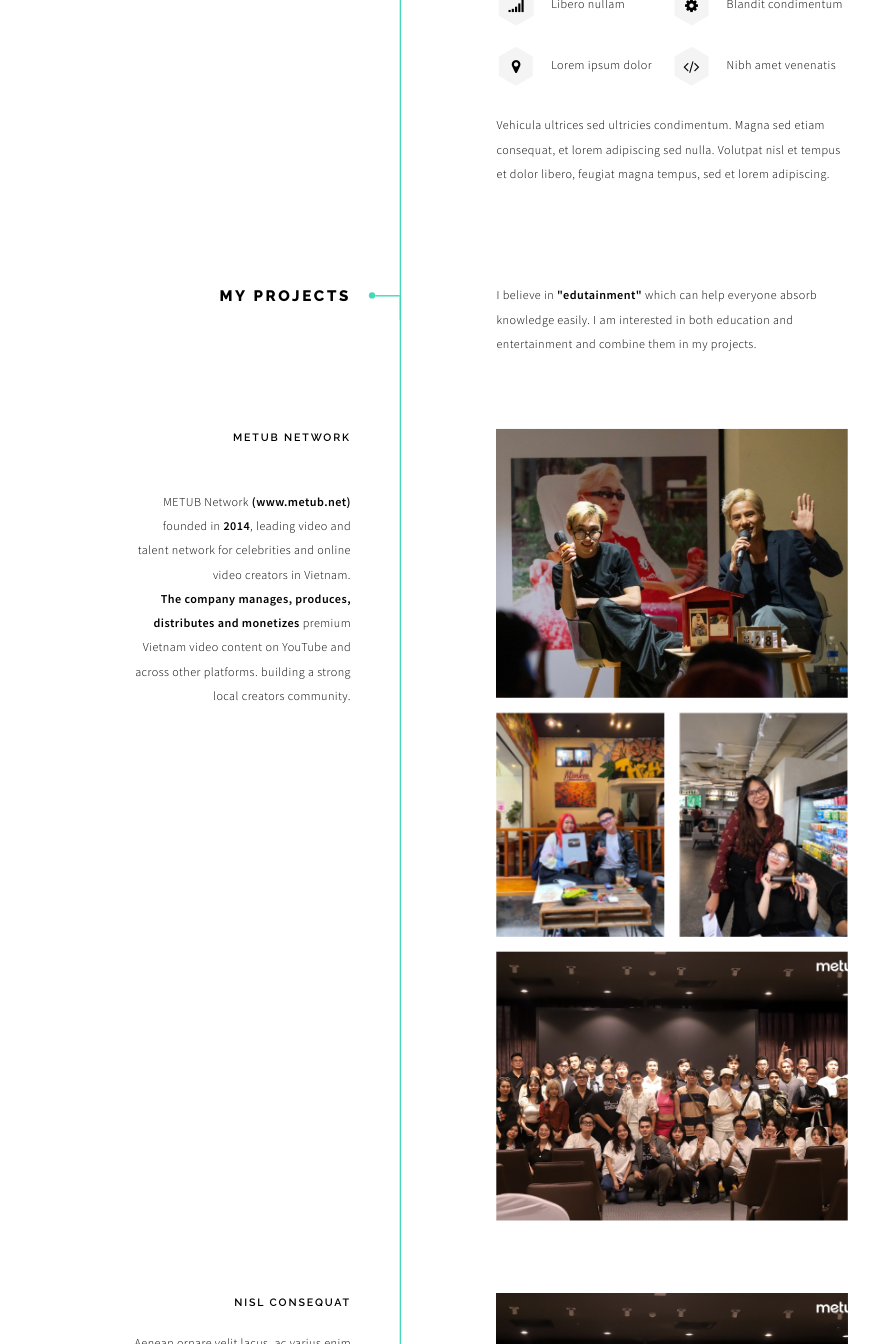
Repository: leonardin999/linh-porfolios
Page: index.html
These files come from the project's save history. The page is drawn as it stood at one moment and after the next save; the edit follows.
The browser window is 1280 px wide. The pictures show the part of the page from y = 3131 to 5051 px (the page is 7878 px tall), at 70% of full size.

Above is the page before, as saved 2023-01-24 20:48:54.

### index.html
<!DOCTYPE html>
<!--
	Paradigm Shift by HTML5 UP
	html5up.net | @ajlkn
	Free for personal and commercial use under the CCA 3.0 license (html5up.net/license)
-->
<html>
  <head>
    <title>Linh's Porfolio</title>
    <meta charset="utf-8" />
    <meta
      name="viewport"
      content="width=device-width, initial-scale=1, user-scalable=no"
    />
    <meta name="description" content="" />
    <meta name="keywords" content="" />
    <link rel="stylesheet" href="assets/css/main.css" />
  </head>
  <body class="is-preload">
    <!-- Wrapper -->
    <div id="wrapper">
      <!-- Intro -->
      <section class="intro">
        <header>
          <h1>PARTNERSHIP MARKETING EXECUTIVE</h1>
          <p>
            I'm interested in marketing. What I'm attempting to do is increase my abilities, contribute to business development, and satisfy client demand.
          </p>
          <ul class="actions">
            <li>
              <a href="#first" class="arrow scrolly"
                ><span class="label">Next</span></a
              >
            </li>
          </ul>
        </header>
        <div class="content">
          <span class="image fill" data-position="center"
            ><img src="images/pic01.jpg" alt=""
          /></span>
        </div>
      </section>

      <!-- Section -->
      <section id="first">
        <header>
          <h2>Experiences</h2>
        </header>
        <div class="content">
            <strong>METUB NETWORK | May, 2021 - Present</strong>
            <br><strong>Partnership Marketing Executive</strong></br>
            <ul class="">
              <li class="">Create awareness of marketing campaigns to train and educate YouTube creators to grow their channels</li>
              <li class="">Write copy for diverse marketing distributions (posters, Facebook posts for events, newsletters)</li>
              <li class="">Work closely with in-house Creative team to design marketing materials such as brochures, deck templates, newsletters, event posters</li>
              <li class="">Support in producing Monthly Newsletters to creators and YouTube partners, highlighting trending content and YouTube platform updates</li>
              <li class="">Support in partner- related projects and workshops as assigned by direct manager</li>
              <li class="">Support in organizing workshops in terms of marketing materials (banners, social posts, email invites), and logistics (gifting, venue sourcing, events planning) and induction content.</li>
              <li class="">Coordinate in Brand barter deals with Accounts team and Partner Management team</li>
            </ul>

            <strong>TEDxĐaKao | Nov, 2018 - Present</strong>
            <br><strong>Assistant to Organizer</strong></br>
            <ul class="">
              <li class="">Conduct overall marketing and growth plans in conjunction with the team; Mainly about building, branding and promoting information of TEDxĐaKao Speakers/ Ideas worth spreading.</li>
              <li class="">Scan the market for leads, ensure rigorous follow-ups and meetings</li>
              <li class="">Work closely with in-house Creative team to design marketing materials such as brochures, deck templates, newsletters, event posters</li>
              <li class="">Monitor industry activity and market trends relevant to the sponsorship of TEDxĐaKao</li>
              <li class="">Identify and execute pre-event, during events, and post-event stories, potential workshops/campaign and build growth campaign for TEDxĐaKao speakers + community - leading enriching community campaigns</li>
              <li class="">Support in organizing workshops in terms of marketing materials (banners, social posts, email invites), and logistics (gifting, venue sourcing, events planning) and induction content.</li>
              <li class="">A critical part of the role is client servicing – to be able to deliver on pre-agreed deliverables from both parties</li>
            </ul>


            <strong>Self Project | Oct, 2019 - Present</strong>
            <br><strong>Content Creator</strong></br>
            <div>
              <span>IG @foxdaholic | Oct, 2019 to Dec, 2022</span>
              <span><br>IG @vuumylinh  | Nov, 2022 to Present</br></span>
            </div>
            <ul class="">
              <li class="">Collaborate in Brand barter deals with F&B brand ands agencies.</li>
              <li class="">Take architectural photographs of restaurants and photographs of food and drinks.</li>
              <li class="">Share my own opinion about restaurants and their products in verbal.</li>
              <li class="">Do research into trending food and daily writing in an engaging way to attract readers.</li>
            </ul>
          </p>
        </div>
      </section>

      <!-- Section -->
      <section>
        <header>
          <h2>Feugiat consequat tempus ultrices</h2>
        </header>
        <div class="content">
          <p>
            <strong>Etiam tristique libero</strong> eu nibh porttitor amet
            fermentum. Nullam venenatis erat id vehicula ultrices sed ultricies
            condimentum.
          </p>
          <ul class="feature-icons">
            <li class="icon fa-laptop">Consequat tempus</li>
            <li class="icon fa-bolt">Etiam adipiscing</li>
            <li class="icon fa-signal">Libero nullam</li>
            <li class="icon fa-gear">Blandit condimentum</li>
            <li class="icon fa-map-marker">Lorem ipsum dolor</li>
            <li class="icon fa-code">Nibh amet venenatis</li>
          </ul>
          <p>
            Vehicula ultrices sed ultricies condimentum. Magna sed etiam
            consequat, et lorem adipiscing sed nulla. Volutpat nisl et tempus et
            dolor libero, feugiat magna tempus, sed et lorem adipiscing.
          </p>
        </div>
      </section>

      <!-- Section -->
      <section>
        <header>
          <h2>My Projects</h2>
        </header>
        <div class="content">
          <p>
            I believe in <strong>"edutainment"</strong> which can help everyone absorb knowledge easily.
            I am interested in both education and entertainment and combine them in my projects.
          </p>

          <!-- Section -->
          <section>
            <header>
              <h3>metub  network</h3>
              <p>
                <br>METUB Network <strong>(www.metub.net)</strong> founded in <strong>2014</strong>, leading video and talent network for celebrities and online video creators in Vietnam.
                <br><strong>The company manages, produces, distributes and monetizes</strong> premium Vietnam video content on YouTube and across other platforms. building a strong local creators community.</p>
            </header>
            <div class="content">
              <div class="gallery">
                <a href="images/gallery/fulls/01.jpg" class="landscape"
                  ><img src="images/gallery/thumbs/01.jpg" alt=""
                /></a>
                <a href="images/gallery/fulls/02.jpg"
                  ><img src="images/gallery/thumbs/02.jpg" alt=""
                /></a>
                <a href="images/gallery/fulls/03.jpg"
                  ><img src="images/gallery/thumbs/03.jpg" alt=""
                /></a>
                <a href="images/gallery/fulls/04.jpg" class="landscape"
                  ><img src="images/gallery/thumbs/04.jpg" alt=""
                /></a>
              </div>
            </div>
          </section>

          <!-- Section -->
          <section>
            <header>
              <h3>Nisl consequat</h3>
              <p>
                Aenean ornare velit lacus, ac varius enim ullamcorper eu. Proin
                aliquam sed facilisis ante interdum congue. Integer mollis, nisl
                amet convallis, porttitor magna ullamcorper, amet mauris. Ut
                magna finibus nisi nec lacinia ipsum maximus.
              </p>
            </header>
            <div class="content">
              <div class="gallery">
                <a href="images/gallery/fulls/05.jpg" class="landscape"
                  ><img src="images/gallery/thumbs/05.jpg" alt=""
                /></a>
                <a href="images/gallery/fulls/06.jpg"
                  ><img src="images/gallery/thumbs/06.jpg" alt=""
                /></a>
                <a href="images/gallery/fulls/07.jpg"
                  ><img src="images/gallery/thumbs/07.jpg" alt=""
                /></a>
              </div>
            </div>
          </section>

          <!-- Section -->
          <section>
            <header>
              <h3>Lorem gravida</h3>
              <p>
                Proin aliquam facilisis ante interdum. Sed nulla amet lorem
                feugiat tempus aenean ornare velit lacus, ac varius sed enim
                lorem ullamcorper dolore. ac varius enim lorem ullamcorper
                dolore. Proin aliquam facilisis.
              </p>
            </header>
            <div class="content">
              <div class="gallery">
                <a href="images/gallery/fulls/08.jpg" class="portrait"
                  ><img src="images/gallery/thumbs/08.jpg" alt=""
                /></a>
                <a href="images/gallery/fulls/09.jpg" class="portrait"
                  ><img src="images/gallery/thumbs/09.jpg" alt=""
                /></a>
                <a href="images/gallery/fulls/10.jpg" class="landscape"
                  ><img src="images/gallery/thumbs/10.jpg" alt=""
                /></a>
              </div>
            </div>
          </section>
        </div>
      </section>

      <!-- Section -->
      <section>
        <header>
          <h2>Duis sed adpiscing veroeros amet</h2>
        </header>
        <div class="content">
          <p>
            <strong>Proin tempus feugiat</strong> sed varius enim lorem
            ullamcorper dolore aliquam aenean ornare velit lacus, ac varius enim
            lorem ullamcorper dolore.
          </p>
          <ul class="actions">
            <li><a href="#" class="button primary large">Get Started</a></li>
            <li><a href="#" class="button large">Learn More</a></li>
          </ul>
        </div>
      </section>

      <!-- Elements -->
      <!--
					<section>
						<header>
							<h2>Elements</h2>
						</header>
						<div class="content">

							<section>
								<header>
									<h3>Text</h3>
								</header>
								<div class="content">
									<p>This is <b>bold</b> and this is <strong>strong</strong>. This is <i>italic</i> and this is <em>emphasized</em>.
									This is <sup>superscript</sup> text and this is <sub>subscript</sub> text.
									This is <u>underlined</u> and this is code: <code>for (;;) { ... }</code>. Finally, <a href="#">this is a link</a>.</p>
									<hr />
									<h2>Heading Level 2</h2>
									<h3>Heading Level 3</h3>
									<h4>Heading Level 4</h4>
									<h5>Heading Level 5</h5>
									<hr />
									<h5>Blockquote</h5>
									<blockquote>Fringilla nisl. Donec accumsan interdum nisi, quis tincidunt felis sagittis eget tempus euismod. Vestibulum ante ipsum primis in faucibus vestibulum. Blandit adipiscing eu felis iaculis volutpat ac adipiscing accumsan faucibus. Vestibulum ante ipsum primis in faucibus lorem ipsum dolor sit amet nullam adipiscing eu felis.</blockquote>
									<h5>Preformatted</h5>
									<pre><code>i = 0;

while (!deck.isInOrder()) {
  print 'Iteration ' + i;
  deck.shuffle();
  i++;
}

print 'Sorted in ' + i + ' iterations.';</code></pre>
								</div>
							</section>

							<section>
								<header>
									<h3>Lists</h3>
								</header>
								<div class="content">

									<h4>Unordered</h4>
									<ul>
										<li>Dolor pulvinar etiam.</li>
										<li>Sagittis adipiscing.</li>
										<li>Felis enim feugiat.</li>
									</ul>

									<h4>Alternate</h4>
									<ul class="alt">
										<li>Dolor pulvinar etiam.</li>
										<li>Sagittis adipiscing.</li>
										<li>Felis enim feugiat.</li>
									</ul>

									<h4>Ordered</h4>
									<ol>
										<li>Dolor pulvinar etiam.</li>
										<li>Etiam vel felis viverra.</li>
										<li>Felis enim feugiat.</li>
										<li>Dolor pulvinar etiam.</li>
										<li>Etiam vel felis lorem.</li>
										<li>Felis enim et feugiat.</li>
									</ol>
									<h4>Icons</h4>
									<ul class="icons">
										<li><a href="#" class="icon fa-twitter"><span class="label">Twitter</span></a></li>
										<li><a href="#" class="icon fa-facebook"><span class="label">Facebook</span></a></li>
										<li><a href="#" class="icon fa-instagram"><span class="label">Instagram</span></a></li>
										<li><a href="#" class="icon fa-github"><span class="label">Github</span></a></li>
									</ul>

									<h4>Actions</h4>
									<ul class="actions">
										<li><a href="#" class="button primary">Default</a></li>
										<li><a href="#" class="button">Default</a></li>
									</ul>
									<ul class="actions stacked">
										<li><a href="#" class="button primary">Default</a></li>
										<li><a href="#" class="button">Default</a></li>
									</ul>
								</div>
							</section>

							<section>
								<header>
									<h3>Table</h3>
								</header>
								<div class="content">
									<h4>Default</h4>
									<div class="table-wrapper">
										<table>
											<thead>
												<tr>
													<th>Name</th>
													<th>Description</th>
													<th>Price</th>
												</tr>
											</thead>
											<tbody>
												<tr>
													<td>Item One</td>
													<td>Ante turpis integer aliquet porttitor.</td>
													<td>29.99</td>
												</tr>
												<tr>
													<td>Item Two</td>
													<td>Vis ac commodo adipiscing arcu aliquet.</td>
													<td>19.99</td>
												</tr>
												<tr>
													<td>Item Three</td>
													<td> Morbi faucibus arcu accumsan lorem.</td>
													<td>29.99</td>
												</tr>
												<tr>
													<td>Item Four</td>
													<td>Vitae integer tempus condimentum.</td>
													<td>19.99</td>
												</tr>
												<tr>
													<td>Item Five</td>
													<td>Ante turpis integer aliquet porttitor.</td>
													<td>29.99</td>
												</tr>
											</tbody>
											<tfoot>
												<tr>
													<td colspan="2"></td>
													<td>100.00</td>
												</tr>
											</tfoot>
										</table>
									</div>

									<h4>Alternate</h4>
									<div class="table-wrapper">
										<table class="alt">
											<thead>
												<tr>
													<th>Name</th>
													<th>Description</th>
													<th>Price</th>
												</tr>
											</thead>
											<tbody>
												<tr>
													<td>Item One</td>
													<td>Ante turpis integer aliquet porttitor.</td>
													<td>29.99</td>
												</tr>
												<tr>
													<td>Item Two</td>
													<td>Vis ac commodo adipiscing arcu aliquet.</td>
													<td>19.99</td>
												</tr>
												<tr>
													<td>Item Three</td>
													<td> Morbi faucibus arcu accumsan lorem.</td>
													<td>29.99</td>
												</tr>
												<tr>
													<td>Item Four</td>
													<td>Vitae integer tempus condimentum.</td>
													<td>19.99</td>
												</tr>
												<tr>
													<td>Item Five</td>
													<td>Ante turpis integer aliquet porttitor.</td>
													<td>29.99</td>
												</tr>
											</tbody>
											<tfoot>
												<tr>
													<td colspan="2"></td>
													<td>100.00</td>
												</tr>
											</tfoot>
										</table>
									</div>
								</div>
							</section>

							<section>
								<header>
									<h3>Buttons</h3>
								</header>
								<div class="content">
									<ul class="actions">
										<li><a href="#" class="button primary">Primary</a></li>
										<li><a href="#" class="button">Default</a></li>
									</ul>
									<ul class="actions">
										<li><a href="#" class="button large">Large</a></li>
										<li><a href="#" class="button">Default</a></li>
										<li><a href="#" class="button small">Small</a></li>
									</ul>
									<ul class="actions">
										<li><a href="#" class="button primary icon fa-download">Icon</a></li>
										<li><a href="#" class="button icon fa-download">Icon</a></li>
									</ul>
									<ul class="actions">
										<li><span class="button primary disabled">Disabled</span></li>
										<li><span class="button disabled">Disabled</span></li>
									</ul>
								</div>
							</section>

							<section>
								<header>
									<h3>Form</h3>
								</header>
								<div class="content">
									<form method="post" action="#">
										<div class="fields">
											<div class="field half">
												<label for="demo-name">Name</label>
												<input type="text" name="demo-name" id="demo-name" value="" placeholder="Jane Doe" />
											</div>
											<div class="field half">
												<label for="demo-email">Email</label>
												<input type="email" name="demo-email" id="demo-email" value="" placeholder="jane@untitled.tld" />
											</div>
											<div class="field">
												<label for="demo-category">Category</label>
												<select name="demo-category" id="demo-category">
													<option value="">-</option>
													<option value="1">Manufacturing</option>
													<option value="1">Shipping</option>
													<option value="1">Administration</option>
													<option value="1">Human Resources</option>
												</select>
											</div>
											<div class="field half">
												<input type="radio" id="demo-priority-low" name="demo-priority" checked>
												<label for="demo-priority-low">Low</label>
											</div>
											<div class="field half">
												<input type="radio" id="demo-priority-high" name="demo-priority">
												<label for="demo-priority-high">High</label>
											</div>
											<div class="field half">
												<input type="checkbox" id="demo-copy" name="demo-copy">
												<label for="demo-copy">Email me a copy</label>
											</div>
											<div class="field half">
												<input type="checkbox" id="demo-human" name="demo-human" checked>
												<label for="demo-human">Not a robot</label>
											</div>
											<div class="field">
												<label for="demo-message">Message</label>
												<textarea name="demo-message" id="demo-message" placeholder="Enter your message" rows="6"></textarea>
											</div>
										</div>
										<ul class="actions">
											<li><input type="submit" value="Send Message" class="primary" /></li>
											<li><input type="reset" value="Reset" /></li>
										</ul>
									</form>
								</div>
							</section>

						</div>
					</section>
				-->

      <!-- Section -->
      <section>
        <header>
          <h2>Get in touch</h2>
        </header>
        <div class="content">
          <p>
            <strong>Auctor commodo</strong> interdum et malesuada fames ac ante
            ipsum primis in faucibus. Pellentesque venenatis dolor imperdiet
            dolor mattis sagittis.
          </p>
          <form>
            <div class="fields">
              <div class="field half">
                <input type="text" name="name" id="name" placeholder="Name" />
              </div>
              <div class="field half">
                <input
                  type="email"
                  name="email"
                  id="email"
                  placeholder="Email"
                />
              </div>
              <div class="field">
                <textarea
                  name="message"
                  id="message"
                  placeholder="Message"
                  rows="7"
                ></textarea>
              </div>
            </div>
            <ul class="actions">
              <li>
                <input
                  type="submit"
                  value="Send Message"
                  class="button primary"
                />
              </li>
            </ul>
          </form>
        </div>
        <footer>
          <ul class="items">
            <li>
              <h3>Email</h3>
              <a href="#">information@untitled.ext</a>
            </li>
            <li>
              <h3>Phone</h3>
              <a href="#">(000) 000-0000</a>
            </li>
            <li>
              <h3>Address</h3>
              <span>1234 Somewhere Road, Nashville, TN 00000</span>
            </li>
            <li>
              <h3>Elsewhere</h3>
              <ul class="icons">
                <li>
                  <a href="#" class="icon fa-twitter"
                    ><span class="label">Twitter</span></a
                  >
                </li>
                <li>
                  <a href="#" class="icon fa-facebook"
                    ><span class="label">Facebook</span></a
                  >
                </li>
                <li>
                  <a href="#" class="icon fa-instagram"
                    ><span class="label">Instagram</span></a
                  >
                </li>
                <li>
                  <a href="#" class="icon fa-linkedin"
                    ><span class="label">LinkedIn</span></a
                  >
                </li>
                <li>
                  <a href="#" class="icon fa-github"
                    ><span class="label">GitHub</span></a
                  >
                </li>
                <li>
                  <a href="#" class="icon fa-codepen"
                    ><span class="label">Codepen</span></a
                  >
                </li>
              </ul>
            </li>
          </ul>
        </footer>
      </section>

      <!-- Copyright -->
      <div class="copyright">
        &copy; Untitled. All rights reserved. Design:
        <a href="https://html5up.net">HTML5 UP</a>. Distributed by
        <a href="https://themewagon.com/">ThemeWagon</a>
      </div>
    </div>

    <!-- Scripts -->
    <script src="assets/js/jquery.min.js"></script>
    <script src="assets/js/jquery.scrolly.min.js"></script>
    <script src="assets/js/browser.min.js"></script>
    <script src="assets/js/breakpoints.min.js"></script>
    <script src="assets/js/util.js"></script>
    <script src="assets/js/main.js"></script>
  </body>
</html>

Loaded but not shown: assets/js/jquery.min.js (library); assets/js/jquery.scrolly.min.js (common file); assets/js/browser.min.js (common file); assets/js/breakpoints.min.js (common file); assets/css/font-awesome.min.css (library); assets/js/util.js (587 lines, source omitted); assets/js/main.js (208 lines, source omitted); assets/css/main.css (3922 lines, source omitted)

After the next save:
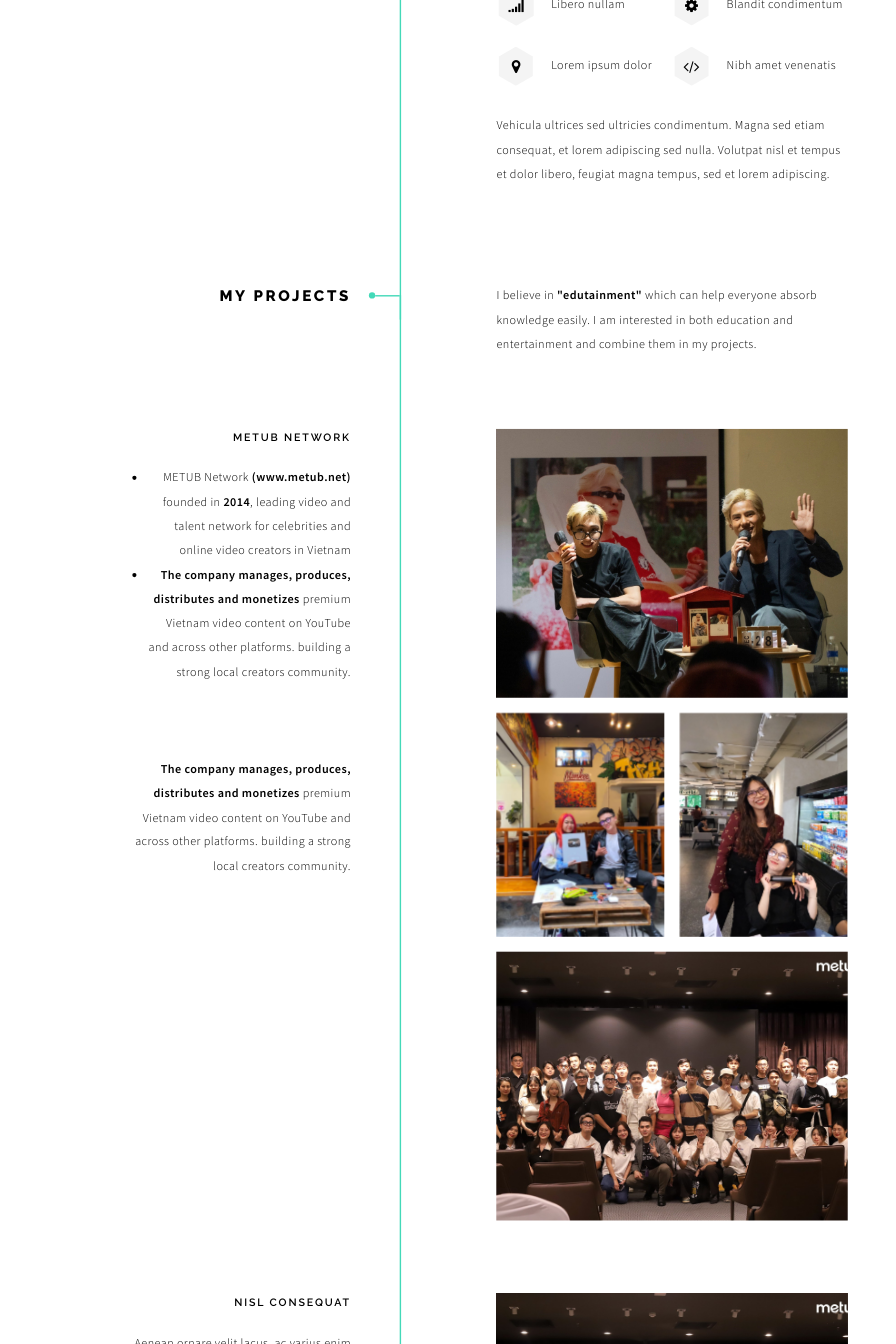
Saved 86 s later.
--- a/index.html
+++ b/index.html
@@ -130,8 +130,12 @@
           <section>
             <header>
               <h3>metub  network</h3>
+              <ul>
+                <li>METUB Network <strong>(www.metub.net)</strong> founded in <strong>2014</strong>, leading video and talent network for celebrities and online video creators in Vietnam</li>
+                <li><strong>The company manages, produces, distributes and monetizes</strong> premium Vietnam video content on YouTube and across other platforms. building a strong local creators community.</li>
+              </ul>
               <p>
-                <br>METUB Network <strong>(www.metub.net)</strong> founded in <strong>2014</strong>, leading video and talent network for celebrities and online video creators in Vietnam.
+                <br>
                 <br><strong>The company manages, produces, distributes and monetizes</strong> premium Vietnam video content on YouTube and across other platforms. building a strong local creators community.</p>
             </header>
             <div class="content">
